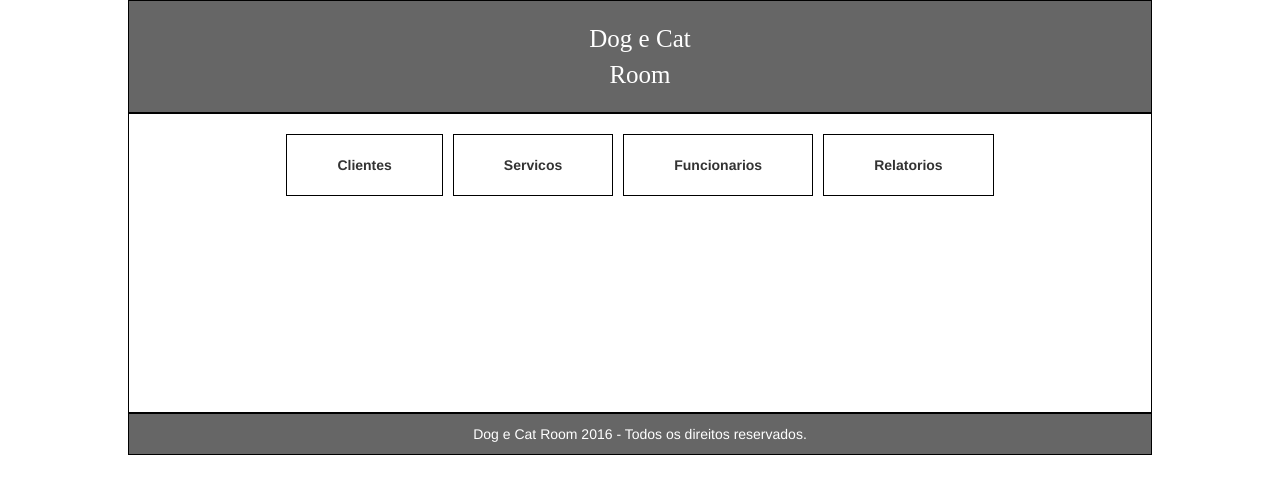
Repository: Natanzx/DogECatRoom
Page: http://localhost/DogECatRoom/principal.jsp
These files come from the project's save history. The page is drawn as it stood at one moment and after the next save; the edit follows.
The browser window is 1280 px wide. The pictures show the whole page.
The page is served by Tomcat 9.

Above is the page before, as saved 2016-05-15 20:26:03.

After the next save:
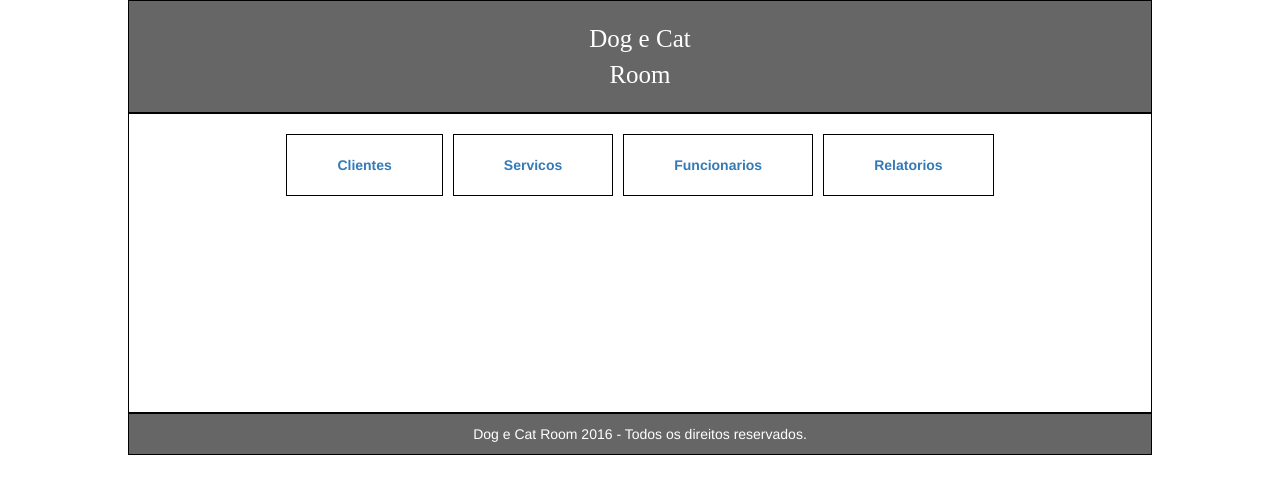
Saved 4 min 10 s later.
--- a/DogECatRoom/WebContent/principal.jsp
+++ b/DogECatRoom/WebContent/principal.jsp
@@ -15,10 +15,21 @@
 		<div class="content">
 
 			<div class="divMenuOpcoes">
-				<div class="divMenu">Clientes</div>
-				<div class="divMenu">Servicos</div>
-				<div class="divMenu">Funcionarios</div>
-				<div class="divMenu">Relatorios</div>
+				<a href="">
+					<div class="divMenu">Clientes</div>
+				</a>
+
+				<a href="">
+					<div class="divMenu">Servicos</div>
+				</a>
+
+				<a href="">
+					<div class="divMenu">Funcionarios</div>
+				</a>
+
+				<a href="">
+					<div class="divMenu">Relatorios</div>
+				</a>
 			</div>
 
 		</div>
